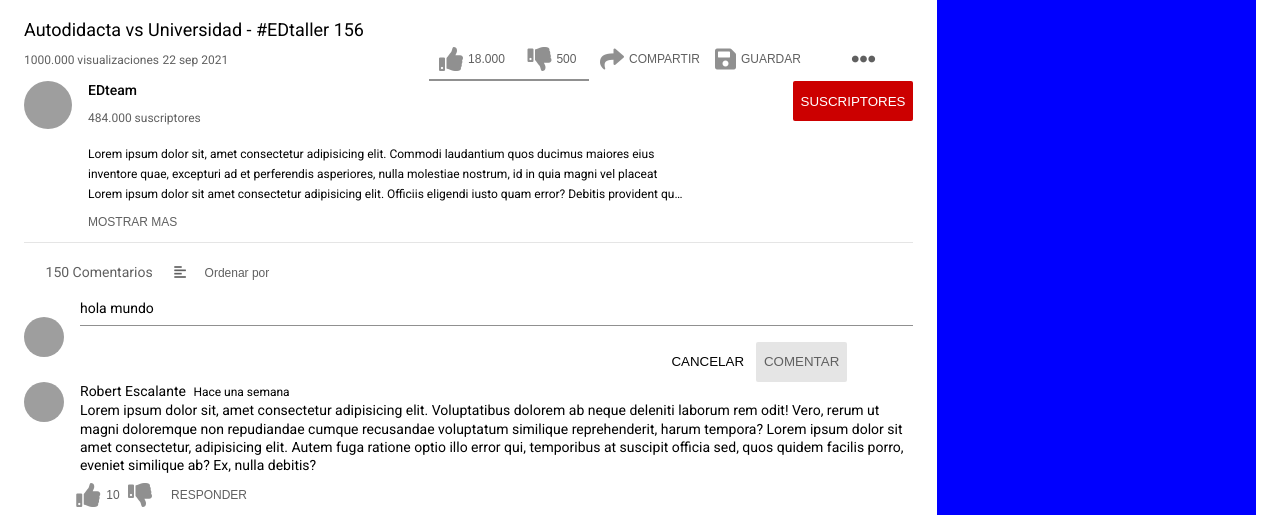
Repository: RobertAries28/ClonYoutube
Page: video.html
These files come from the project's save history. The page is drawn as it stood at one moment and after the next save; the edit follows.
The browser window is 1280 px wide. The pictures show the part of the page from y = 580 to 1099 px (the page is 1095 px tall before and 1099 px after).
Pictures or frames that could not be fetched are drawn as grey boxes. Some web libraries are served in a nearby version.

Above is the page before, as saved 2021-09-26 11:22:29.

### video.html
<!DOCTYPE html>
<html lang="en">
<head>
    <meta charset="UTF-8">
    <meta http-equiv="X-UA-Compatible" content="IE=edge">
    <meta name="viewport" content="width=device-width, initial-scale=1.0">
    <link rel="stylesheet" href="style.css">
    <link rel="stylesheet" href="https://use.fontawesome.com/releases/v5.8.1/css/all.css" integrity="sha384-50oBUHEmvpQ+1lW4y57PTFmhCaXp0ML5d60M1M7uH2+nqUivzIebhndOJK28anvf" crossorigin="anonymous">

    <title>Document</title>
</head>
<body class="video-page scroll">
    <header class="main-header">
        <div class="place-center button-container">
             <button class=" action-button fas fa-align-justify"></button>
             <img class="logo" src="data:[embedded picture, 3218 characters]" alt="">
         </div>


        <div class="middle place-center">
            <form class=" place-center form-search">
                <input type="search" placeholder="Buscar" class="input">
               <button class="submit fas fa-search" data-tooltip="Buscar"></button>
             </form>

            <button data-tooltip="Haz busqueda por voz" class=" action-button fas fa-microphone"></button>
        </div>

        <div class="place-center button-container">


         <button data-tooltip="Crear" class=" action-button fas fa-video"></button>
         <button data-tooltip="Aplicaciones de youtube" class=" action-button fas fa-th"></button>
         <button  data-tooltip="Notificaciones" class=" action-button fas fa-bell"></button>
         <div class="user">
            <div class="user-avatar">

                <img class="image" src="https://i.pinimg.com/280x280_RS/7d/d0/f4/7dd0f465ad261b24bc09a1508da78cc1.jpg" alt="">
            </div>
         </div>
        </div>
    </header>

    <div class="video-page-grid">
       <main class="video-column">
           <div class="video-player">
        <iframe src="https://www.youtube.com/embed/qacThCclSqQ" title="YouTube video player" frameborder="0" allow="accelerometer; autoplay; clipboard-write; encrypted-media; gyroscope; picture-in-picture" allowfullscreen></iframe>
        <h1 class="title">Autodidacta vs Universidad - #EDtaller 156</h1>

        <div class="actions">
         <div>
            <p class="video-information">
         <span class="views">1000.000 visualizaciones</span>
         <span>22 sep 2021</span>
          </p>

        </div>

        <div class="button-container">
            <div class="buttons-container likes">
                <button
                data-tooltip="Me gusta este video"
                class="action-button has-text"
                >
                <i class=" icon fas fa-thumbs-up"></i>
                <span>18.000</span>
                </button>

                <button
                data-tooltip="No gusta este video"
                class="action-button has-text"
                >
                <i class=" icon fas fa-thumbs-down"></i>
                <span>500</span>
                </button>
                </div>

                <button
                data-tooltip="Compartir"
                class="action-button has-text"
                >
                <i class="icon fas fa-share"></i>
                <span>Compartir</span>
                </button>

                <button
                data-tooltip="Guardar"
                class="action-button has-text"
                >
                <i class=" icon fas fa-save"></i>
                <span>Guardar</span>
                </button>


                <button

                class="action-button"
                >
                <i class="fas fa-ellipsis-h icon"></i>

                </button>

        </div>
        </div>
    </div>

    <section class="video-player-information flex">
        <div class="user-avatar">

            <img class="image" src="https://i.pinimg.com/280x280_RS/7d/d0/f4/7dd0f465ad261b24bc09a1508da78cc1.jpg" alt="">
        </div>

        <div class="content">
           <header class="header flex">
               <div>
               <a href="#" class="channel-name" data-tooltip="EDteam">EDteam</a>
               <p class="subs-count">484.000 suscriptores</p>
            </div>
               <button class="button">Suscriptores</button>
            </header>

            <p>Lorem ipsum dolor sit, amet consectetur adipisicing elit. Commodi laudantium quos ducimus maiores eius inventore quae, excepturi ad et perferendis asperiores, nulla molestiae nostrum, id in quia magni vel placeat Lorem ipsum dolor sit amet consectetur adipisicing elit. Officiis eligendi iusto quam error? Debitis provident quos nobis quisquam culpa qui velit. Iure fugiat maiores beatae quae ipsam, aperiam soluta nam!</p>
            <button class=" boton has-text">
                <span>Mostrar mas</span>
            </button>
        </div>

    </section>
    <hr class="big"/>
    <section class="comments-section">
     <header class="comments-information comentario">
          <p>150 Comentarios</p>
          <button class=" bot has-text">
            <i class="icon fas fa-align-left"></i>
            <span>Ordenar por</span>
          </button>
     </header>

     <div class="comment-form flex">
        <div class="user-avatar">

            <img class="image" src="https://i.pinimg.com/280x280_RS/7d/d0/f4/7dd0f465ad261b24bc09a1508da78cc1.jpg" alt="">
        </div>

        <div class="form">
        <div class="input" contenteditable>hola mundo</div>
        <div class="buttons-container">
           <button class="button link">Cancelar</button>
           <button class="button disabled">Comentar</button>
        </div>
    </div>

     </div>

     <div class="comments-grid">
         <article class="comment flex">
            <div class="user-avatar">

                <img class="image" src="https://i.pinimg.com/280x280_RS/7d/d0/f4/7dd0f465ad261b24bc09a1508da78cc1.jpg" alt="">
            </div>

            <div class="content">
                <header class="header comentario-header">
                    <a class="name">Robert Escalante</a>
                    <time class="time-comentario">Hace una semana</time>
                </header>
                <p class="text">Lorem ipsum dolor sit, amet consectetur adipisicing elit. Voluptatibus dolorem ab neque deleniti laborum rem odit! Vero, rerum ut magni doloremque non repudiandae cumque recusandae voluptatum similique reprehenderit, harum tempora? Lorem ipsum dolor sit amet consectetur, adipisicing elit. Autem fuga ratione optio illo error qui, temporibus at suscipit officia sed, quos quidem facilis porro, eveniet similique ab? Ex, nulla debitis?</p>
               <footer class="buttons-container">
                   <button class="action-button button-coment has-text">
                    <i class="icon fas fa-thumbs-up"></i>
                       <span class="solo-count count">10</span>
                   </button>

                   <button class="action-button button-coment has-text">
                    <i class="icon fas fa-thumbs-down"></i>

                </button>

                <button class=" solo action-button button-coment has-text">
                   <span class="solo">Responder</span>
                </button>

               </footer>
            </div>
         </article>
     </div>

    </section>
    </main>
       <aside class="cards-sidebar">
        <p>hola</p>
       </aside>
    </div>
</body>
</html>

### style.css

@import url('https://fonts.googleapis.com/css2?family=Roboto:wght@400;500&display=swap');

*{
    margin:  0;
    padding: 0;
    box-sizing: border-box;
}

 /* variables globales */

:root{
    /* colores*/
    --accent-color: #ff0000;
    --grey-color: #909090;
    --grey-color-alt: #CCC;
    --border-color: rgba(0,0,0,0.1);

    /*colores de fondo*/
    --bg-color: #fff;
     --bgcolor-alt: #f9f9f9;
     --bg-color-active: #e5e5e5;

     /*colores de texto*/

     --text-color: #030303;
     --text-color-alt: #606060;
     --text-color-white: #fff;

  /* fuentes */
     --body-font : 'Roboto',sans-serif;


     /* Tamaño de texto*/
--big-font-size: 1.125rem;
--normal-font-size: 1rem;
--small-font-size: 0.875rem;
--smaller-font-size: 0.75rem;
--font-bold: 500;

/* otros*/
  --header-height: 56px;
  --z-tooltip: 25;
  --z-fixed: 100;
  --border-radius: 2px;


  /* scroll */
--scroll-size: 16px;
--scroll-bg: transparent;
--scroll-radius:8px;
--scroll-padding:4px;
--thumb-bg: var(--grey-color);
--thumb-bg-alt:var(--grey-color-alt);
}




/*----- scroll ---*/
.scroll::-webkit-scrollbar{
    width: var(--scroll-size);
    height: var(--scroll-size);
}

.scroll::-webkit-scrollbar-thumb{
    background-color: var(--thumb-bg);
    border-radius: var(--scroll-radius);
    border: var(--scroll-padding) solid transparent;
    background-clip: content-box;
}

.scroll::-webkit-scrollbar-thumb:hover{
    background-color: var(--thumb-bg-alt);
}

.scroll:not(body)::-webkit-scrollbar-thumb{
    display: none;
    background-color: var(--thumb-bg-alt);
}

.scroll:not(body):hover::-webkit-scrollbar-thumb{
    display: block;
}






body{
    font-family: var(--body-font);
    background-color: var(--bg-color-alt);
     line-height: 1.15rem;
     padding-top: var(--header-height);
     padding-left: 240px;
}

h1,h2,h3,h4,h5,h6,b{
    font-weight: var(--font-bold);
}

hr{
    --spacing: 0.75rem;
    border: none;
    border-bottom: 1px solid var(--border-color);
    margin-bottom: var(--spacing);
    padding-top: var(--spacing);

}

img{
    width: 100%;
}

.place-center{
    display: flex;
    justify-content: center;
    align-items: center;
}

.button-container{
    display: flex;
    gap: 0.5rem;
}

/******------cabecera principal -----***/

.main-header{
    height: var(--header-height);
     background-color: var(--bg-color);
    display: flex;
    justify-content: space-between;
    padding: 0 1rem;
    align-items: center;
    position: fixed;
    width: 100%;
    left: 0;
    top: 0;
    z-index: var(--z-fixed);

}

.main-header img{
    height: 56px;
}

.main-header .logo{
    width: 6rem;
}

.main-header .middle{
    flex-basis: 720px;

    padding: 0 2rem;
}

.main-header .form-search{
 flex-grow: 1;
 align-items: stretch;
}

.main-header .input{
    flex-grow: 1;
    padding: 0.5rem;
    border: 1px solid var(--border-color);
    border-right: 0;
    border-radius: var(--border-radius) 0 0 var(--border-radius);


}

.main-header .submit{
    padding: 0 1.5rem;
    border: 1px solid var(--border-color);
    font-size: 1.25rem;
    color: var(--text-color-alt);
    border-radius: 0 var(--border-radius) var(--border-radius) 0;
    cursor: pointer;
}



/*----Avatar del usuario----*/
.user-avatar{
    --size: 2rem;
    width:  var(--size);
    height: var(--size);
    cursor: pointer;
    flex: none;

}

.user{
    padding: 0 1rem;
}

.user-avatar .image{
    width: 100%;
    height: 100%;
    object-fit: cover;
    border-radius: 50%;
}


/* Botones de accion **/
.action-button , .action-button .icon{
    --size: 2.5rem;
    height: var(--size);
    width: var(--size);
    display: flex;
    justify-content: center;
    align-items: center;
    border: 1px solid transparent;
    background: none;
    transition: border-color 1s;
    cursor: pointer;
}

.action-button::before,
.action-button .icon{
    color: var(--text-color-alt);
    font-size: 1.5rem;
}

.action-button.has-text{
    text-transform: uppercase;
    color: var(--text-color-alt);
    font-weight: var(--font-bold);
    font-size: var(--small-font-size);
}

.action-button.has-text .icon{
    --size: 2.25rem;
    color: var(--grey-color);
}

.action-button:not(.has-text),
.action-button .icon{
    width: var(--size);
    border-bottom: 50%;
    border-radius: 50%;
}
.action-button::before{
    color: var(--text-color-alt);
    font-size: 1.5rem;
}

.action-button:not(.has-text):active,
.action-button .icon:active{
    background-color: var(--bg-color-active) ;
    border-color: var(--bg-color-active);
}


/* tooltip*/
[data-tooltip]{
    position: relative;
}

[data-tooltip]:hover::after{
    opacity: 1;
}

[data-tooltip]::after{
    content: attr(data-tooltip);
    position: absolute;
    left: 50%;
    top: 3.5rem;
    transform: translateX(-50%);
    padding: 0.5rem;
    background-color: var(--text-color-alt);
    color: var(--text-color-white);
    font-family: var(--body-font);
    font-size: var(--smaller-font-size);
    border-radius: var(--border-radius);
       white-space: nowrap;
       opacity: 0;
    pointer-events:none;
    transition: opacity 0.5s;
    z-index: var(--z-tooltip);
}


/***** menu lateral***/

.main-sidebar{
    --main-nav-padding: 0.5rem 1.5rem;
    position: fixed;
    top: var(--header-height);
    height: calc(100vh - var(--header-height));
    width: 240px;
    padding: 0.75rem 0;

    overflow: auto;
    left: 0;
    z-index: 1;
}


/****** items de navegacion ****/
.main-nav .link{
    display: flex;
    align-items: center;
    padding: var(--main-nav-padding);
    color: var(--text-color);
    font-size: var(--smaller-font-size);
    text-decoration: none;

    font-size: 1rem;
    white-space: nowrap;
}

.main-nav .link.is-active, .main-nav .link:hover{
    background-color: var(--bgcolor-alt);
}

.main-nav .link.is-active{
    font-weight: var(--font-bold);
}

.main-nav .link.is-active .icon{
    color: var(--accent-color);
}

.main-nav .link .icon{
    margin-right: 1.5rem;
    font-size: 1.5rem;
    color: var(--text-color-alt);

}

.user-avatar2{
    margin-right: 1.5rem;
    --size:1.5rem;
    width:  var(--size);
    height: var(--size);
    cursor: pointer;
    flex: none;
}

.user-avatar2 .image{
    width: 100%;
    height: 100%;
    object-fit: cover;
    border-radius: 50%;
}

span{
    font-size: var(--smaller-font-size);
}

/* Titulo de secciones en navegacion lateral */
.nav-title{
    padding: var(--main-nav-padding);
    color: var(--text-color-alt);
    font-size: var(--smaller-font-size);
    text-transform: uppercase;
}

.is-new{
    font-size: 0.5rem;
    color: #065FD4;
    margin-left: auto;
}

.is-in-live{
    font-size: 0.5rem;
    color: var(--accent-color);
    margin-left: auto;
}


/* footer de la navegacion */
.main-nav-footer{
    display: grid;
    gap: 0.75rem;
    padding: var(--main-nav-padding);
    font-size: var(--smaller-font-size);
}

.main-nav-footer .link-footer{
    margin-right: 0.5rem;
    line-height: 1.4;
    text-decoration: none;
    font-weight: var(--font-bold);
    color: var(--text-color-alt);
}

.copyright{
    opacity: 0.6;
    color: var(--text-color-alt);
    margin: 0;
}

/* ------ tarjeta de video ------*/


 .card-video a{
     text-decoration: none;
     color: inherit;
 }

 .card-video .cover {
     display: block;
     position: relative;
     aspect-ratio: 16 / 9;
   margin-bottom: 0.75rem;
 }
 .card-video .image{
     display: block;
     height: 100%;
     object-fit: cover;
 }

 .card-video .time{
     position: absolute;
     padding: 0 0.25rem;
     right: 0.5rem;
     bottom: 0.5rem;
     background-color: rgba(0,0,0,0.8);
     color: var(--text-color-white);
     font-size: var(--smaller-font-size);
      border-radius: var(--border-radius);
    }

    .card-video .user-avatar{
        --size: 36px;
        margin-right: 0.75rem;
    }

    .card-video .content{
        font-size: var(--small-font-size);
        color: var(--text-color-alt);
    }

    .card-video .title{
        color: var(--text-color);
        margin-bottom: 0.25rem;
    }


    .punto{
        font-size: 20px;
        padding: 0 5px;
    }


.flex{
    display: flex;
}


/* ---- grid de videos ---*/
.card-grid{
    display: grid;
    grid-template-columns: repeat(auto-fill, minmax(300px,1fr));
    gap: 2rem 1rem;
    padding: 1rem 2rem;
    max-width: 1800px;
    margin-inline: auto;
}



/*Clases para recortar las lineas de texto */
[class*='rows-text']{
    display: -webkit-box;
    -webkit-line-clamp: 1;
    -webkit-box-orient: vertical;
    overflow: hidden;
}




/* pagina de video */
body.video-page{
    padding-left: 0;

}

.video-page-grid{
    --gap-page: 1.5rem;
    width: calc(100% - (var(--gap-page)*2));
    display: grid;
    grid-template-columns: repeat(11,1fr);
    margin-inline: auto;
    gap: var(--gap-page);
    padding-top: var(--gap-page);
}

.video-column{

    grid-column-start: span 8;
}

.cards-sidebar{
    background-color: blue;
    grid-column-start: span 3;
}

iframe{
    aspect-ratio: 16 / 9;
    width: 100%;
    margin-bottom: 1rem;
}

.video-player .title{
    font-weight: normal;
    font-size: var(--big-font-size);
}

.video-player .video-information{
    font-size: var(--small-font-size);
    color: var(--text-color-alt);
}


.actions{
    display: flex;
    justify-content: space-between;
    align-items: center;
}

.likes{
    display: flex;



}

.button-container{
    display: flex;
    justify-content: space-between;
}

.action-button.has-text{
    padding: 10px;
}

.button-container button{
    margin-inline: 30px;
}

.likes button{
    margin-inline: 20px;
}



.likes button i, .button-container button i{
    margin-inline: 4px;
}

.video-player .buttons-container.likes{
    border-bottom: 2px solid var(--grey-color);
}


.flex{
    display: flex;
}

.video-player-information{
    gap: 1rem;
    color: var(--text-color);
}

.video-player-information .user-avatar{
    --size:3rem;
}

.video-player-information .channel-name{
    color: inherit;
    text-decoration: none;
    font-size: var(--small-font-size);
    font-weight: var(--font-bold);
}

.video-player-information .subs-count{
    color: var(--text-color-alt);
    font-size: var(--smaller-font-size);
}

.button{
    --button-color: #CC0000;
    --text-button-color: white;
    --cursor-button: pointer;

    background-color: var(--button-color);
    color: var(--text-button-color);
    padding: 0rem 0.5rem;
    text-transform: uppercase;
    font-weight: var(--font-bold);
    border: none;
    border-radius: var(--border-radius);
    cursor: var(--cursor-button);
    margin-left: auto;
    height: 40px;

}

.content{
    width: 100%;
}

.video-player-information p{
    max-width: 600px;
    line-height: 1.25rem;
    display: -webkit-box;
    -webkit-line-clamp: 3;
    -webkit-box-orient: vertical;
    overflow: hidden;
    margin: 8px 0;
    font-size: var(--smaller-font-size);
}

.boton{
    background-color: white;
    border: none;
    font-size: var(--small-font-size);
    color: var(--text-color-alt);
    text-transform: uppercase;
}

.comentario{
    display: flex;
  width: 30%;
  justify-content: space-evenly;
  align-items: center;
  margin-top: 20px;
  font-size: var(--small-font-size);
  color: var(--text-color-alt);

}

hr.big{
    margin-bottom: 1rem;
}

.bot{
    background-color: white;
    border: none;

    color: var(--text-color-alt);
}

.bot i{
    margin-right: 15px;
}

.comment-form{
    gap: 1rem;
    align-items: center;
    margin-top: 10px;
}

.comment-form .user-avatar{
    --size: 2.5rem
}

.comment-form .form{
    display: flex;
    flex-direction: column;
    flex-grow: 1;
}

.comment-form .input{
    position: relative;
    margin-bottom: 1rem;
    box-shadow: 0 -1px inset var(--grey-color);
    outline: none;
    padding: 0.5rem 0;
    font-size: var(--small-font-size);
}

.comment-form .input:empty:before{
    content: 'Agregar un comentario publico';
    color: var(--text-color-alt);
}

.comment-form .input::after{
    content:'';
    position: absolute;
    bottom:0;
    left: 50%;
    width: 0;
    height: 2px;
    background-color: #000;
    transition: left 1s, width 1s;





}

.comment-form .input:focus::after{
    width: 100%;
    left: 0;
}


.button.disabled{
    --button-color: var(--bg-color-active);
    --text-button-color:var(--text-color-alt);
    --cursor-button: initial
}

.button.link{
    --text-button-color:var(--text-color);
    background-color: white;

}

.comment-form .buttons-container{
    margin-left: auto;
    width: 30%;
}

.content .buttons-container{
    display: flex;
    justify-content: space-between;
    align-items: center;
    width: 16%;


}

.solo{
    width: 100%;
    padding: 0;

}

.comment{
    gap: 1rem;
    font-size: var(--small-font-size);
}

.comentario-header a{
    color: var(--text-color-alt);
}

.time-comentario{
    font-size: 12px;
}
.solo-count{
    margin: 0 5px;
}

.comment .user-avatar{
    --size:2.5rem
}

.comment .name{
    margin-right: 0.25rem;
    text-decoration: none;
    color: var(--text-color);
}

After the next save:
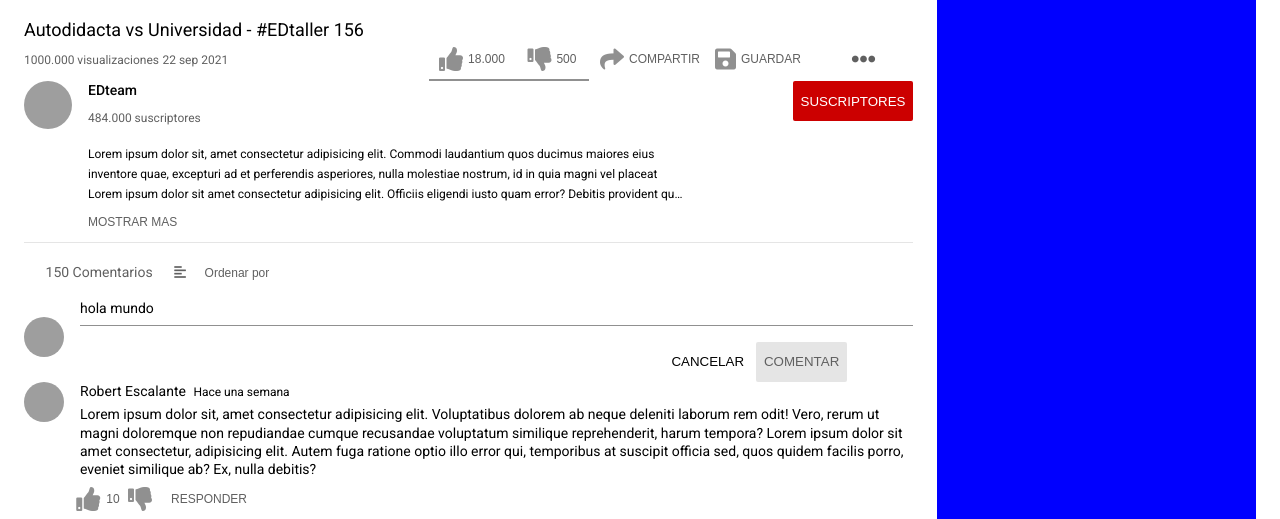
Saved 83 s later.
--- a/style.css
+++ b/style.css
@@ -759,3 +759,7 @@ hr.big{
     text-decoration: none;
     color: var(--text-color);
 }
+
+.comment .header{
+    margin-bottom: 0.25rem;
+}
